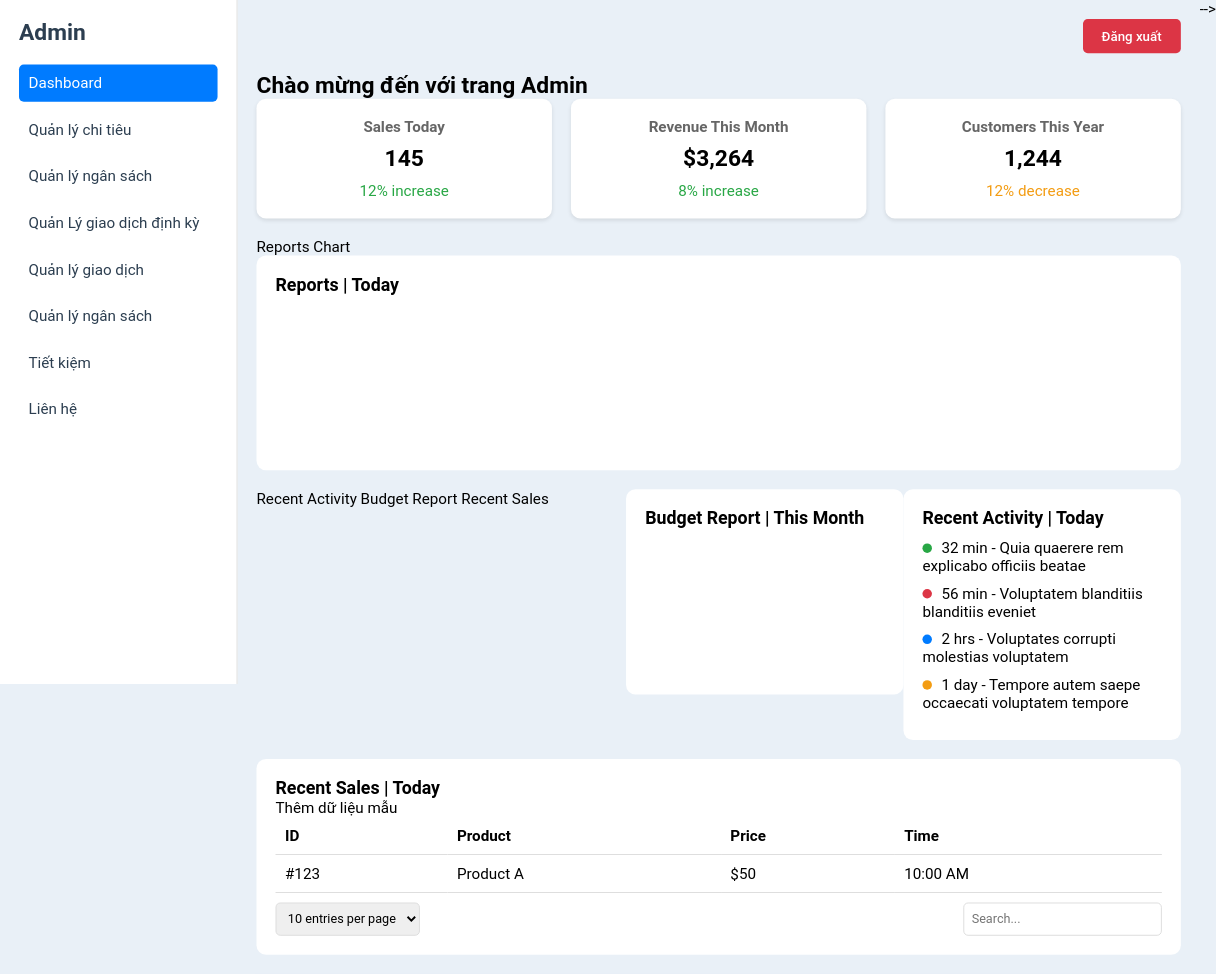
Repository: PhanVanHoa051204/Project3
Page: http://localhost/Project3/dashboard.jsp
The author's editor kept a copy of each file at every save. The page is drawn from the files as they stood at one save, then again after the next save.
The browser window is 1280 px wide. The pictures show the whole page, at 95% of full size.
The page is served by Tomcat 9. Other server files are loaded and not shown.

Above is the page before, as saved 2025-03-12 14:05:50.
Console error: ReferenceError: Chart is not defined

### PhanVanHoa_2210900023_K22CNT1/Project3/src/main/webapp/dashboard.jsp
<%@ page language="java" contentType="text/html; charset=UTF-8"
	pageEncoding="UTF-8"%>
<!DOCTYPE html>
<html lang="en">
<head>
<meta charset="UTF-8">
<meta name="viewport" content="width=device-width, initial-scale=1.0">
<title>Admin</title>
<link rel="stylesheet" href="style.css">

</head>
<body>
	<div class="container">
		<!-- Sidebar -->
		<div class="sidebar">
			<div class="logo">Admin</div>
			<ul>
				<li class="active"><a href="#">Dashboard</a></li>
				<li><a href="#">Quản lý chi tiêu</a></li>
				<li><a href="#">Quản lý ngân sách</a></li>
				<li><a href="#">Quản Lý giao dịch định kỳ</a></li>
				<li><a href="#">Quản lý giao dịch</a></li>
				<li><a href="#">Quản lý ngân sách</a></li>
				<li><a href="#">Tiết kiệm</a></li>
				<li><a href="#">Liên hệ</a></li>

			</ul>
		</div>

		<!-- Main Content -->
		<div class="main-content">
			<header>
				 <div class="">
					<!-- <input type="" placeholder=""> -->
				</div>
				<div class="submit-section">
					<a href="login.jsp" class="logout-btn">Đăng xuất</a>
				</div>
			</header>

			<!-- <!-- Dashboard Content -->
			<div class="dashboard-content">
				<h2>Chào mừng đến với trang Admin</h2>


				<div class="cards">
					<div class="card">
						<h3>Sales Today</h3>
						<p>145</p>
						<span class="increase">12% increase</span>
					</div>
					<div class="card">
						<h3>Revenue This Month</h3>
						<p>$3,264</p>
						<span class="increase">8% increase</span>
					</div>
					<div class="card">
						<h3>Customers This Year</h3>
						<p>1,244</p>
						<span class="decrease">12% decrease</span>
					</div>
				</div>

				Reports Chart
				<div class="chart-section">
					<h3>Reports | Today</h3>
					<canvas id="reportsChart"></canvas>
				</div>

				Recent Activity
				<div class="recent-activity">
					<h3>Recent Activity | Today</h3>
					<ul>
						<li><span class="dot green"></span>32 min - Quia quaerere rem
							explicabo officiis beatae</li>
						<li><span class="dot red"></span>56 min - Voluptatem
							blanditiis blanditiis eveniet</li>
						<li><span class="dot blue"></span>2 hrs - Voluptates corrupti
							molestias voluptatem</li>
						<li><span class="dot yellow"></span>1 day - Tempore autem
							saepe occaecati voluptatem tempore</li>
					</ul>
				</div>

				Budget Report
				<div class="budget-report">
					<h3>Budget Report | This Month</h3>
					<canvas id="budgetChart"></canvas>
				</div>

				Recent Sales
				<div class="recent-sales">
					<h3>Recent Sales | Today</h3>
					<table>
						<thead>
							<tr>
								<th>ID</th>
								<th>Product</th>
								<th>Price</th>
								<th>Time</th>
							</tr>
						</thead>
						<tbody>
							<tr>
								<td>#123</td>
								<td>Product A</td>
								<td>$50</td>
								<td>10:00 AM</td>
							</tr>
							Thêm dữ liệu mẫu
						</tbody>
					</table>
					<div class="table-footer">
						<select>
							<option>10 entries per page</option>
						</select> <input type="text" placeholder="Search...">
					</div>
				</div>
			</div>
		</div> -->
	</div>

	<!-- JavaScript để vẽ biểu đồ -->
	<script>
		// Reports Chart
		const ctx1 = document.getElementById('reportsChart').getContext('2d');
		new Chart(ctx1, {
			type : 'line',
			data : {
				labels : [ '00:00', '01:00', '02:00', '03:00', '04:00',
						'05:00', '06:00' ],
				datasets : [ {
					label : 'Sales',
					data : [ 20, 40, 30, 60, 50, 40, 30 ],
					borderColor : '#007BFF',
					fill : false
				}, {
					label : 'Revenue',
					data : [ 10, 30, 50, 40, 30, 20, 10 ],
					borderColor : '#28A745',
					fill : false
				}, {
					label : 'Customers',
					data : [ 30, 20, 25, 35, 20, 15, 10 ],
					borderColor : '#F39C12',
					fill : false
				} ]
			},
			options : {
				scales : {
					y : {
						beginAtZero : true
					}
				}
			}
		});

		// Budget Chart (Radar)
		const ctx2 = document.getElementById('budgetChart').getContext('2d');
		new Chart(ctx2, {
			type : 'radar',
			data : {
				labels : [ 'Administration', 'Marketing', 'Development',
						'on Technology' ],
				datasets : [ {
					label : 'Allocated Budget',
					data : [ 65, 59, 90, 81 ],
					backgroundColor : 'rgba(0, 123, 255, 0.2)',
					borderColor : '#007BFF'
				}, {
					label : 'Actual Spending',
					data : [ 28, 48, 40, 19 ],
					backgroundColor : 'rgba(40, 167, 69, 0.2)',
					borderColor : '#28A745'
				} ]
			}
		});
	</script>
</body>
</html>

### PhanVanHoa_2210900023_K22CNT1/Project3/src/main/webapp/style.css
* {
    margin: 0;
    padding: 0;
    box-sizing: border-box;
    font-family: 'Roboto', sans-serif;
}

body {
    background-color: #E9F0F7;
}

.container {
    display: flex;
}

/* Sidebar */
.sidebar {
    width: 250px;
    background-color: #fff;
    padding: 20px;
    height: 100vh;
    border-right: 1px solid #ddd;
}

.logo {
    font-size: 24px;
    font-weight: bold;
    color: #2C3E50;
    margin-bottom: 20px;
}

.sidebar ul {
    list-style: none;
}

.sidebar ul li {
    margin: 10px 0;
}

.sidebar ul li a {
    text-decoration: none;
    color: #2C3E50;
    display: block;
    padding: 10px;
    border-radius: 5px;
}

.sidebar ul li.active a {
    background-color: #007BFF;
    color: #fff;
}

/* Main Content */
.main-content {
    flex: 1;
    padding: 20px;
}

header {
    display: flex;
    justify-content: space-between;
    align-items: center;
    margin-bottom: 20px;
}

.submit-section {
    display: flex;
    align-items: center;
}

/* Định dạng nút Đăng xuất */
.logout-btn {
    text-decoration: none;
    color: #fff;
    background-color: #DC3545; /* Màu đỏ cho nút Đăng xuất */
    padding: 10px 20px;
    border-radius: 5px;
    transition: background-color 0.3s;
    font-size: 14px;
    font-weight: 500;
    display: inline-block;
}

.logout-btn:hover {
    background-color: #C82333; /* Màu đỏ đậm hơn khi hover */
}

.logout-btn:focus {
    outline: none;
    box-shadow: 0 0 5px rgba(220, 53, 69, 0.5);
}

.search-bar input {
    padding: 8px;
    border: 1px solid #ddd;
    border-radius: 5px;
    width: 300px;
}

.user-info {
    display: flex;
    align-items: center;
}

.user-info span {
    margin-right: 10px;
}

.avatar {
    width: 40px;
    height: 40px;
    border-radius: 50%;
}

/* Cards */
.cards {
    display: flex;
    gap: 20px;
    margin-bottom: 20px;
}

.card {
    background-color: #fff;
    padding: 20px;
    border-radius: 10px;
    flex: 1;
    text-align: center;
    box-shadow: 0 2px 5px rgba(0, 0, 0, 0.1);
}

.card h3 {
    font-size: 16px;
    color: #666;
}

.card p {
    font-size: 24px;
    font-weight: bold;
    margin: 10px 0;
}

.increase {
    color: #28A745;
}

.decrease {
    color: #F39C12;
}

/* Chart Section */
.chart-section {
    background-color: #fff;
    padding: 20px;
    border-radius: 10px;
    margin-bottom: 20px;
}

.chart-section h3 {
    margin-bottom: 10px;
}

/* Recent Activity */
.recent-activity {
    background-color: #fff;
    padding: 20px;
    border-radius: 10px;
    margin-bottom: 20px;
    width: 30%;
    float: right;
}

.recent-activity ul {
    list-style: none;
}

.recent-activity li {
    margin: 10px 0;
}

.dot {
    display: inline-block;
    width: 10px;
    height: 10px;
    border-radius: 50%;
    margin-right: 10px;
}

.green { background-color: #28A745; }
.red { background-color: #DC3545; }
.blue { background-color: #007BFF; }
.yellow { background-color: #F39C12; }

/* Budget Report */
.budget-report {
    background-color: #fff;
    padding: 20px;
    border-radius: 10px;
    width: 30%;
    float: right;
    margin-bottom: 20px;
}

/* Recent Sales */
.recent-sales {
    background-color: #fff;
    padding: 20px;
    border-radius: 10px;
    clear: both;
}

.recent-sales table {
    width: 100%;
    border-collapse: collapse;
}

.recent-sales th, .recent-sales td {
    padding: 10px;
    text-align: left;
    border-bottom: 1px solid #ddd;
}

.table-footer {
    display: flex;
    justify-content: space-between;
    margin-top: 10px;
}

.table-footer select, .table-footer input {
    padding: 8px;
    border: 1px solid #ddd;
    border-radius: 5px;
}

After the next save:
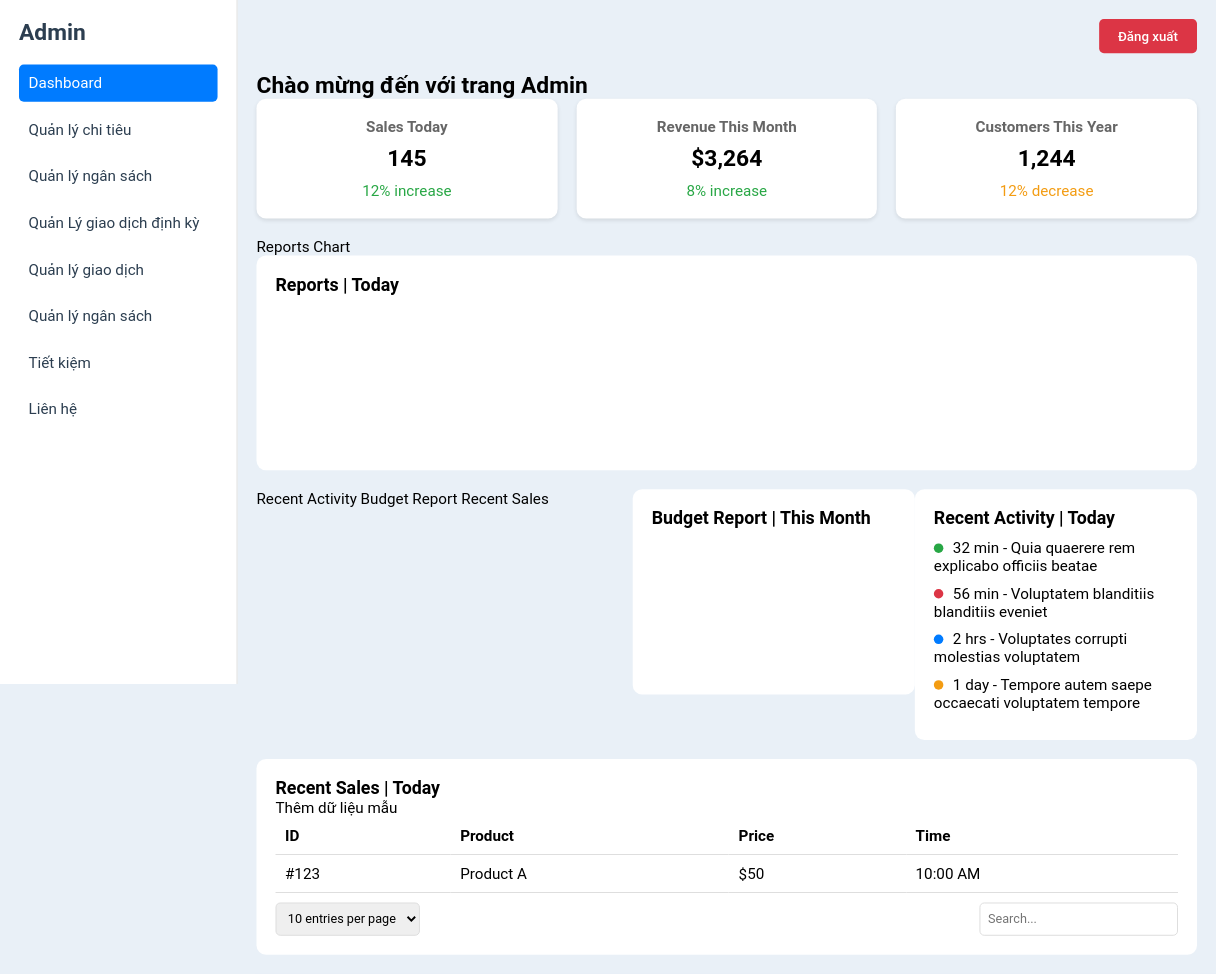
Saved 13 s later.
--- a/PhanVanHoa_2210900023_K22CNT1/Project3/src/main/webapp/dashboard.jsp
+++ b/PhanVanHoa_2210900023_K22CNT1/Project3/src/main/webapp/dashboard.jsp
@@ -117,7 +117,7 @@
 					</div>
 				</div>
 			</div>
-		</div> -->
+		</div>
 	</div>
 
 	<!-- JavaScript để vẽ biểu đồ -->
